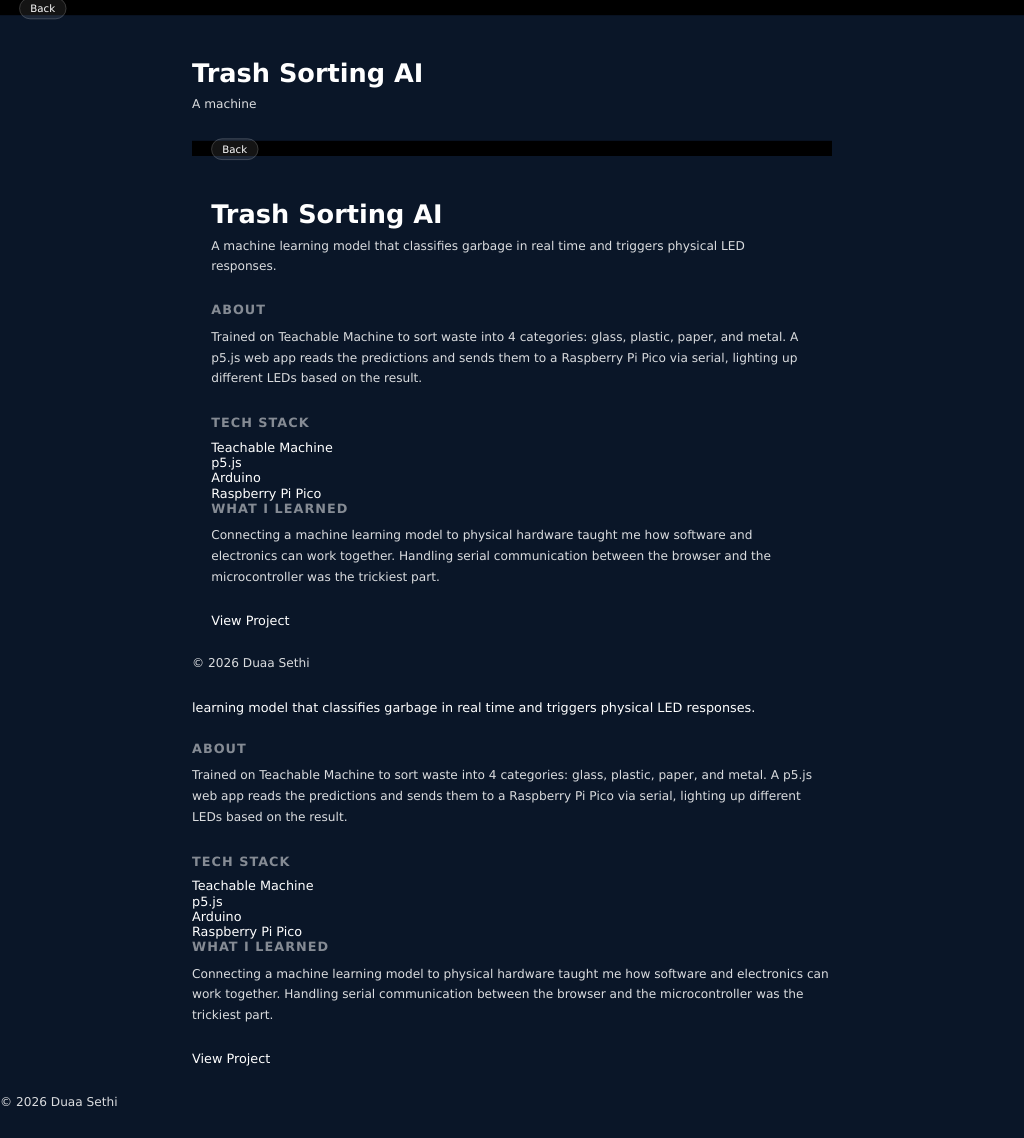
Repository: Duaa-Sethi/Duaa-Sethi
Page: pages/trash-sorting.html
An editor plug-in stored every save of this project. The page is shown before and after the next save, followed by the edit.
The browser window is 1280 px wide. The pictures show the whole page, at 80% of full size.
Some web fonts or font styles are not loaded; a fallback is used.

Above is the page before, as saved 2026-05-08 17:27:18.

After the next save:
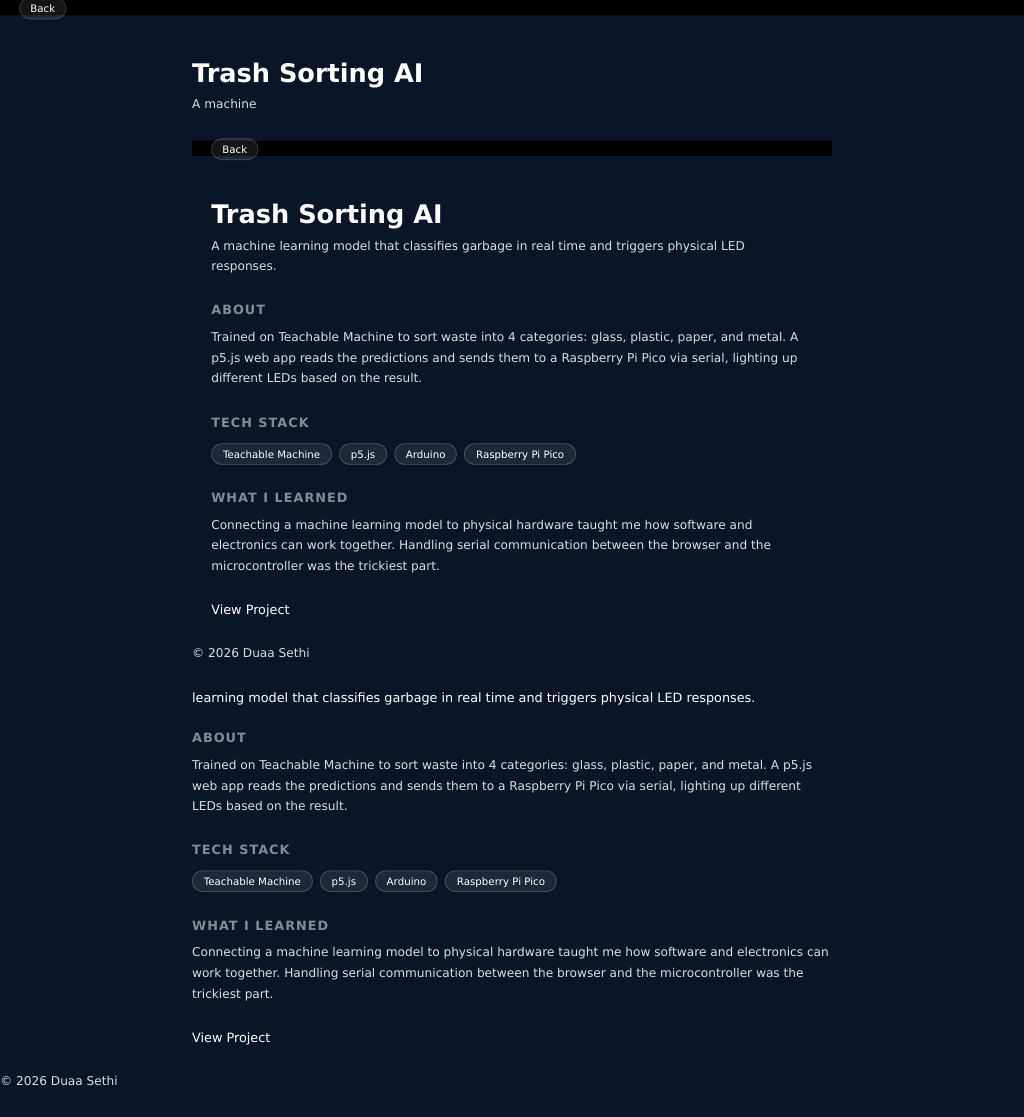
Saved 8 s later.
--- a/styles/project.css
+++ b/styles/project.css
@@ -42,3 +42,12 @@ p {
   opacity: 0.85;
   margin: 0 0 2rem 0;
 }
+.tags li {
+  display: inline-block;
+  background-color: rgba(255, 255, 255, 0.08);
+  border: 1px solid rgba(255, 255, 255, 0.2);
+  border-radius: 20px;
+  padding: 0.3rem 0.85rem;
+  font-size: 0.8rem;
+  margin: 0.25rem 0.25rem 2rem 0;
+}
